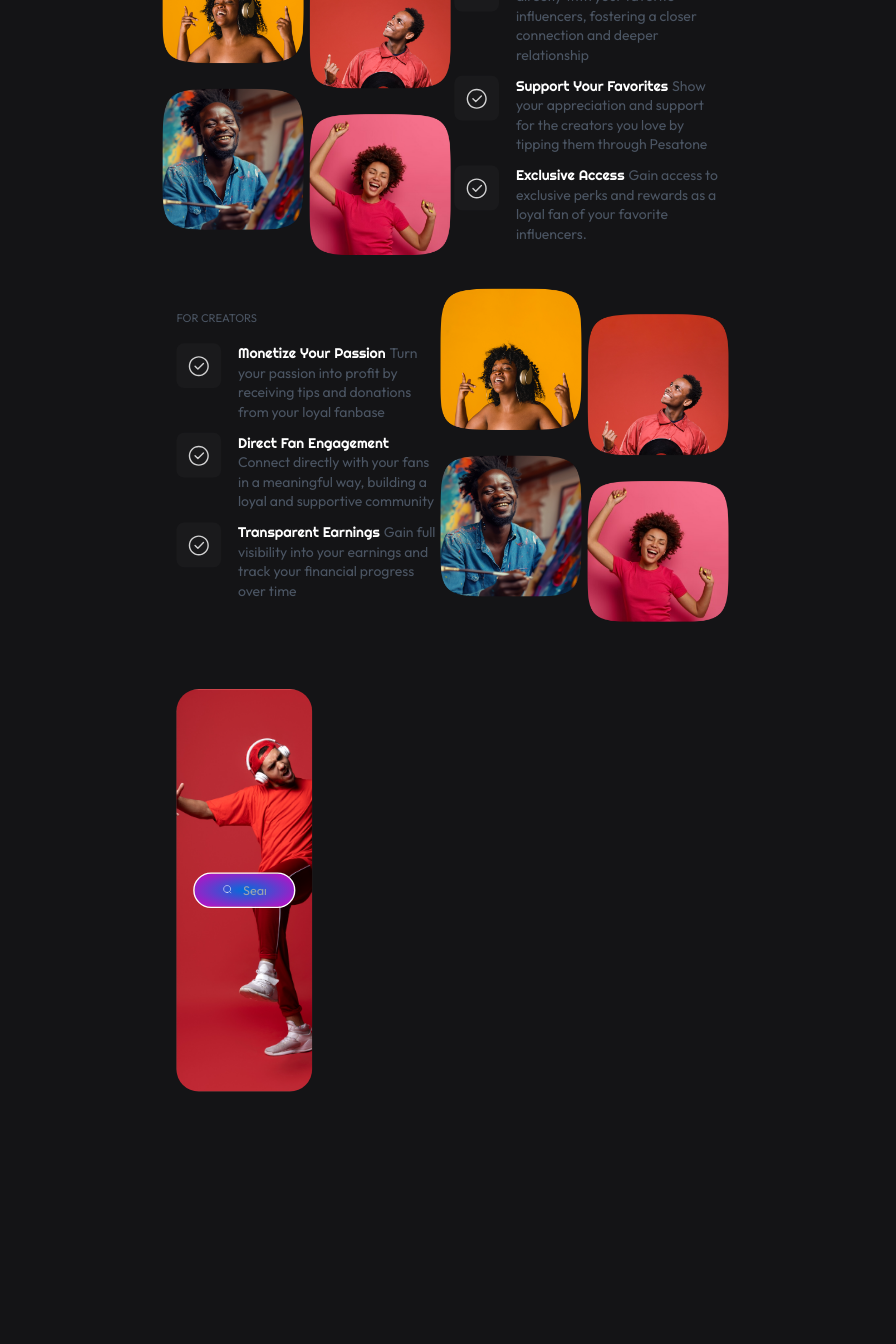
Repository: felixdusengimana/capstone-project-mirror
Page: / (app in frontend/)
These files come from the project's save history. The page is drawn as it stood at one moment and after the next save; the edit follows.
The browser window is 1280 px wide. The pictures show the part of the page from y = 2035 to 3955 px (the page is 3955 px tall), at 70% of full size.
The project was rebuilt for these pictures with package versions that can differ from the ones it lists, and the page was loaded fresh each time. The framework's server and built-in components were replaced by stand-ins that run in the browser. Also part of the build but not shown: frontend/next.config.mjs.

Above is the page before, as saved 2024-03-11 16:06:27.

After the next save:
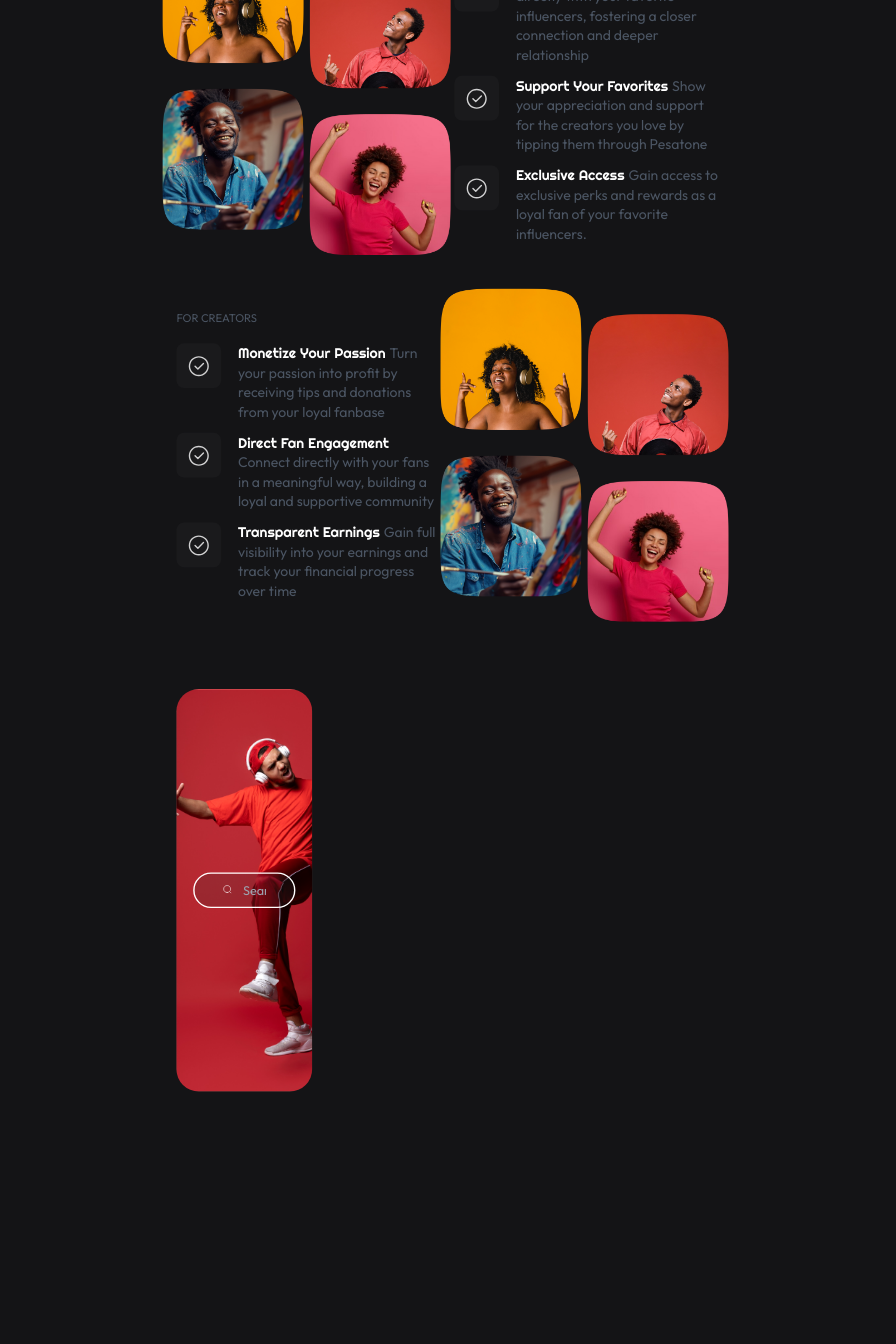
Saved 41 s later.
--- a/frontend/app/globals.css
+++ b/frontend/app/globals.css
@@ -40,7 +40,7 @@ body {
   padding: 10px 40px;
   font-size: 18px;
   border: 2px solid;
-  background: linear-gradient(transparent, transparent), radial-gradient(rgb(1, 110, 218), rgb(217, 0, 192)) 0/100%;
+  background: #2C2C3033;
   border-radius: 50px;
   background-origin: border-box;
   background-clip: padding-box, border-box;
